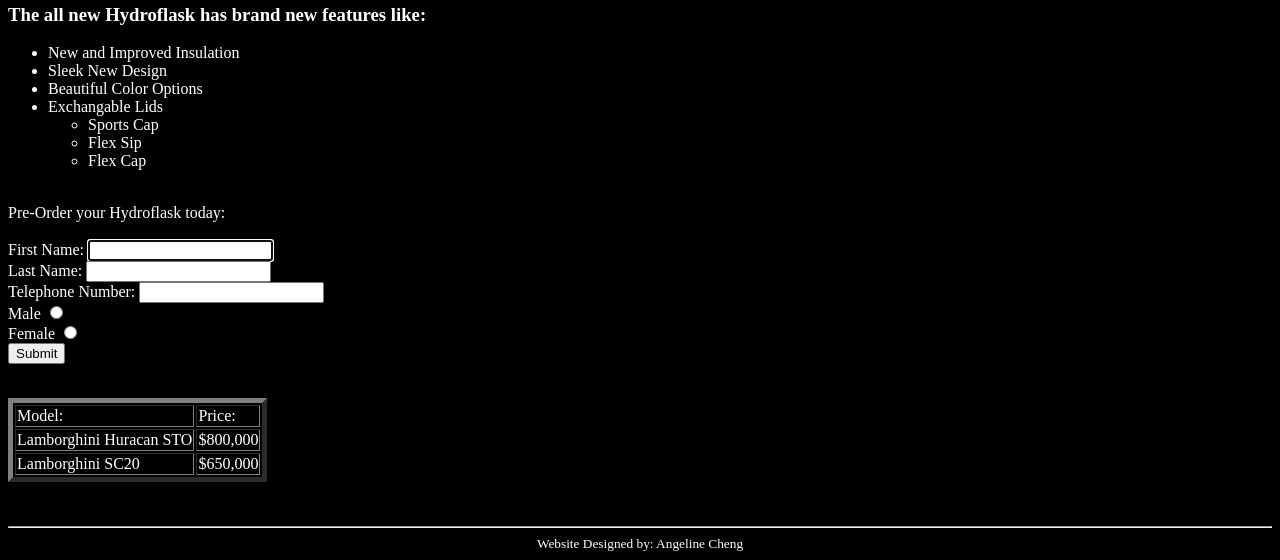
Repository: angelinecheng/Angeline-Cheng-Website
Page: lab1/index.html
The author's editor kept a record of every edit. The page is drawn from the files as they stood at one moment, then again after the next edit.
The browser window is 1280 px wide. The pictures show the part of the page from y = 417 to 977 px (the page is 977 px tall).
A picture or video elsewhere on the page could not be fetched, so the positions and the page height are approximate.

Above is the page before.

After the next edit:
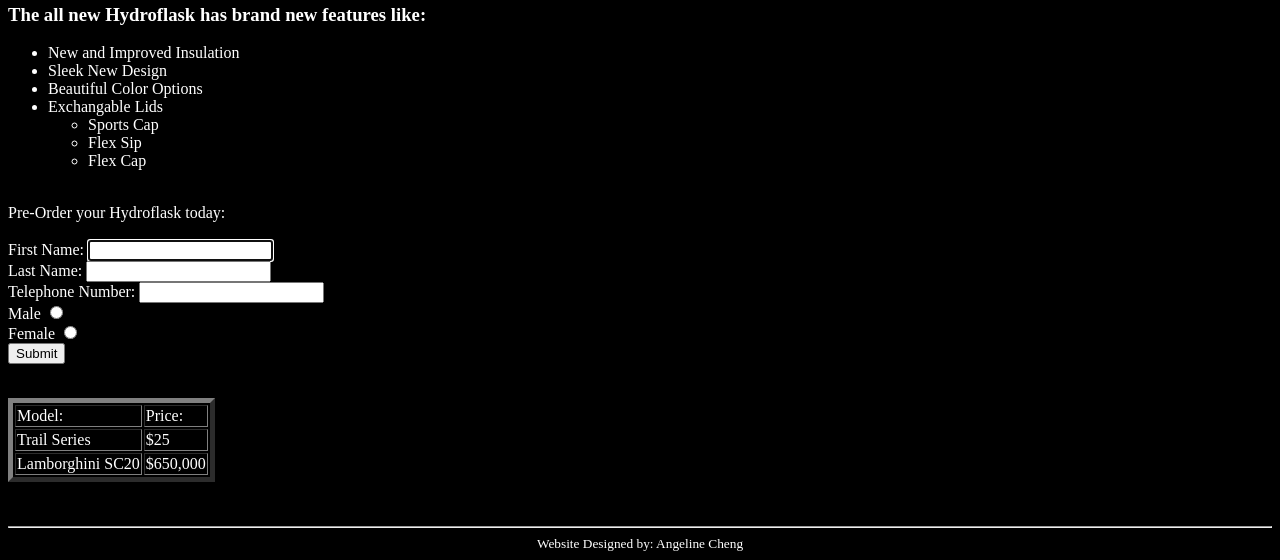
The edit:
--- a/lab1/index.html
+++ b/lab1/index.html
@@ -57,8 +57,8 @@
             <td>Price:</td>
         </tr>
         <tr>
-            <td>Lamborghini Huracan STO</td>
-            <td>$800,000</td>
+            <td>Trail Series</td>
+            <td>$25</td>
         </tr>
          <tr>
             <td>Lamborghini SC20</td>
